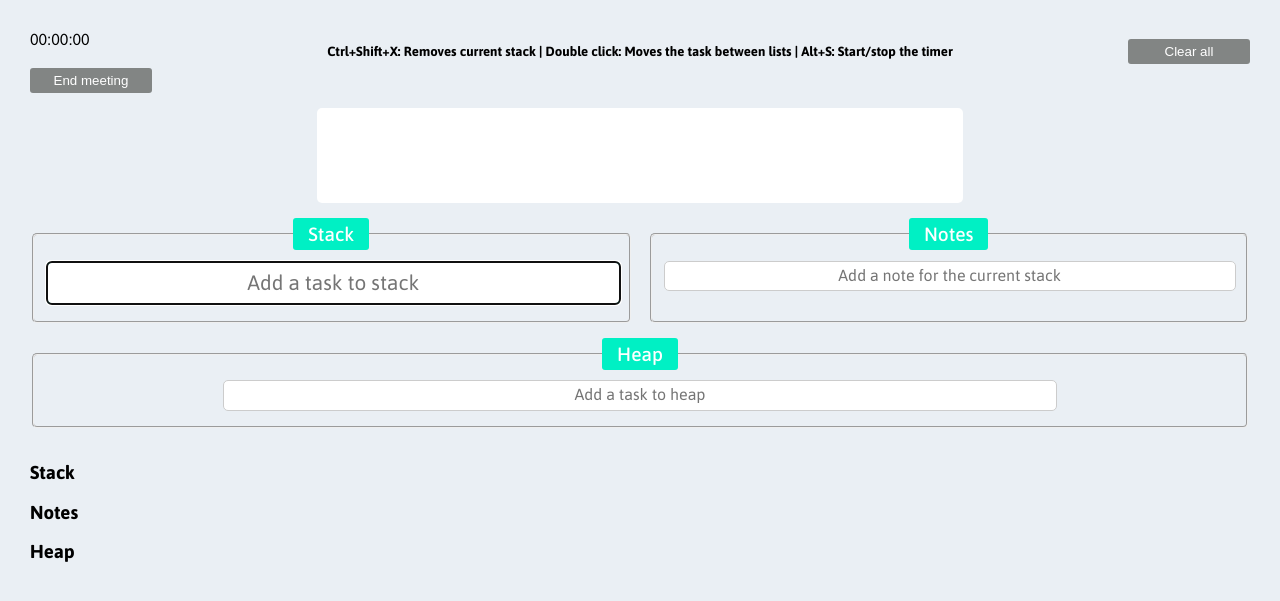
Repository: litalsh/Meeting-Managment-App
Page: /
An editor plug-in stored every save of this project. The page is shown before and after the next save, followed by the edit.
The browser window is 1280 px wide. The pictures show the whole page.
The project was rebuilt for these pictures with package versions that can differ from the ones it lists, and the page was loaded fresh each time. Also part of the build but not shown: src/components/Notes/Note.js, src/components/Task/Task.css, src/components/Task/Task.js.

Above is the page before, as saved 2021-01-17 11:27:47.

After the next save:
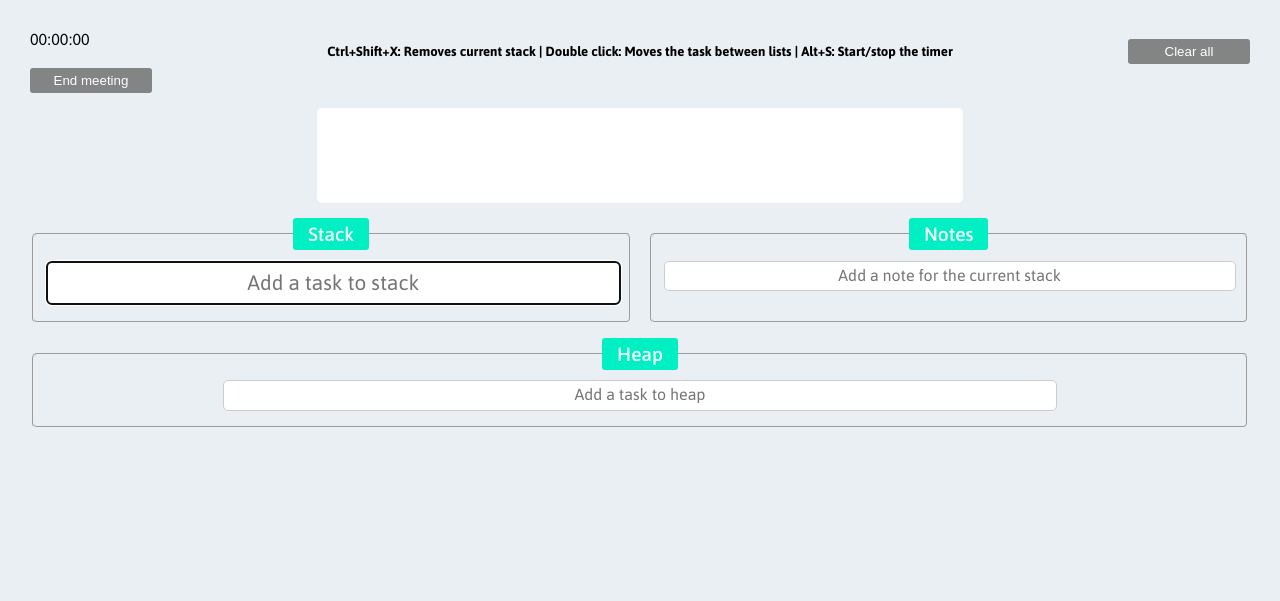
Saved 12 s later.
--- a/src/App.js
+++ b/src/App.js
@@ -21,7 +21,6 @@ function App() {
         <Stack />
         <Notes />
         <Heap />
-        <Template />
       </MeetingContextProvider>
     </div>
   );
